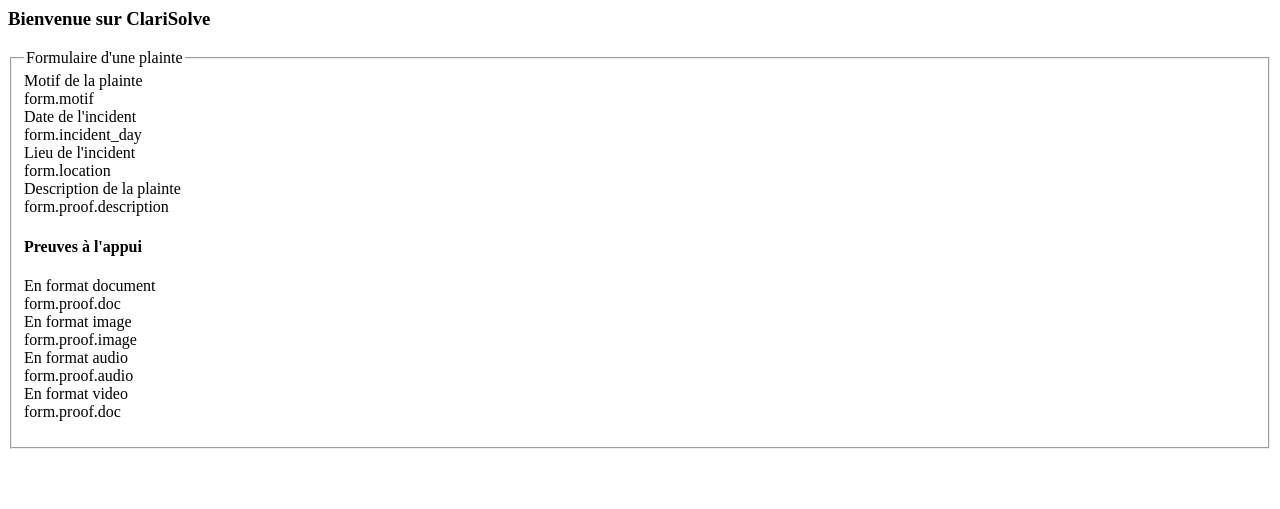
Repository: Senare1/PlaintEasy
Page: complaints/templates/complaints/register.html
These files come from the project's save history. The page is drawn as it stood at one moment and after the next save; the edit follows.
The browser window is 1280 px wide. The pictures show the whole page.
The template is drawn by Django 4.2. The application's start-up code is not run. The template is opened directly, without the code that normally fills it, so the values that code supplies are empty.

Above is the page before, as saved 2024-08-01 14:19:19.

After the next save:
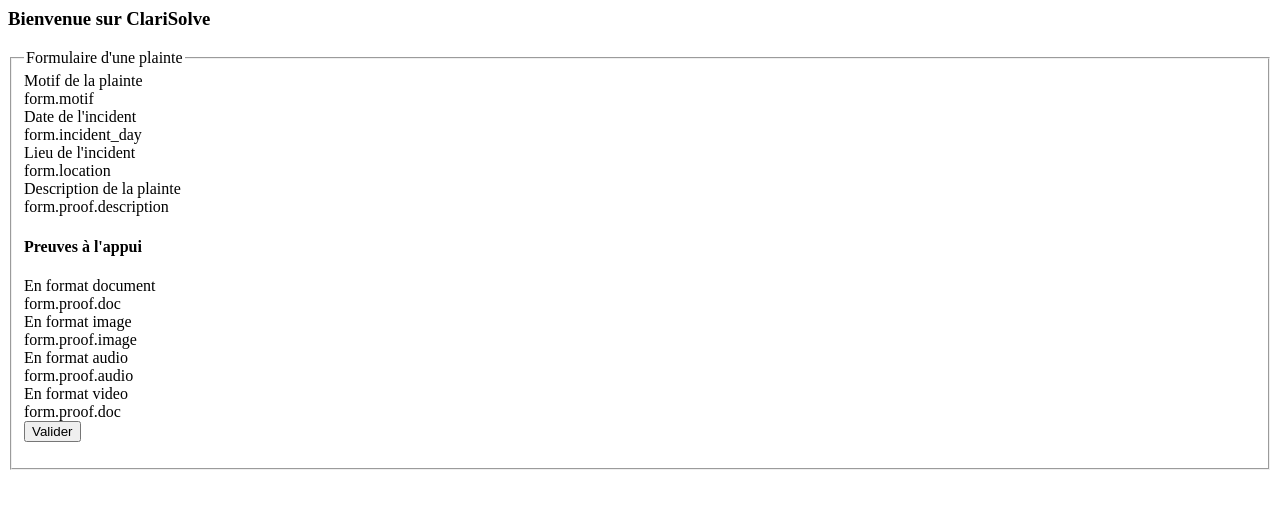
Saved 113 s later.
--- a/complaints/templates/complaints/register.html
+++ b/complaints/templates/complaints/register.html
@@ -69,7 +69,10 @@
                         form.proof.doc
                     </div>
                 </div>
-                </div>
+            </div>
+            <div class="row mx-auto justify-content-end">
+                <button type="submit" class="btn btn-primary">Valider</button>
+            </div>
         </form>
     </fieldset>
 </div>
